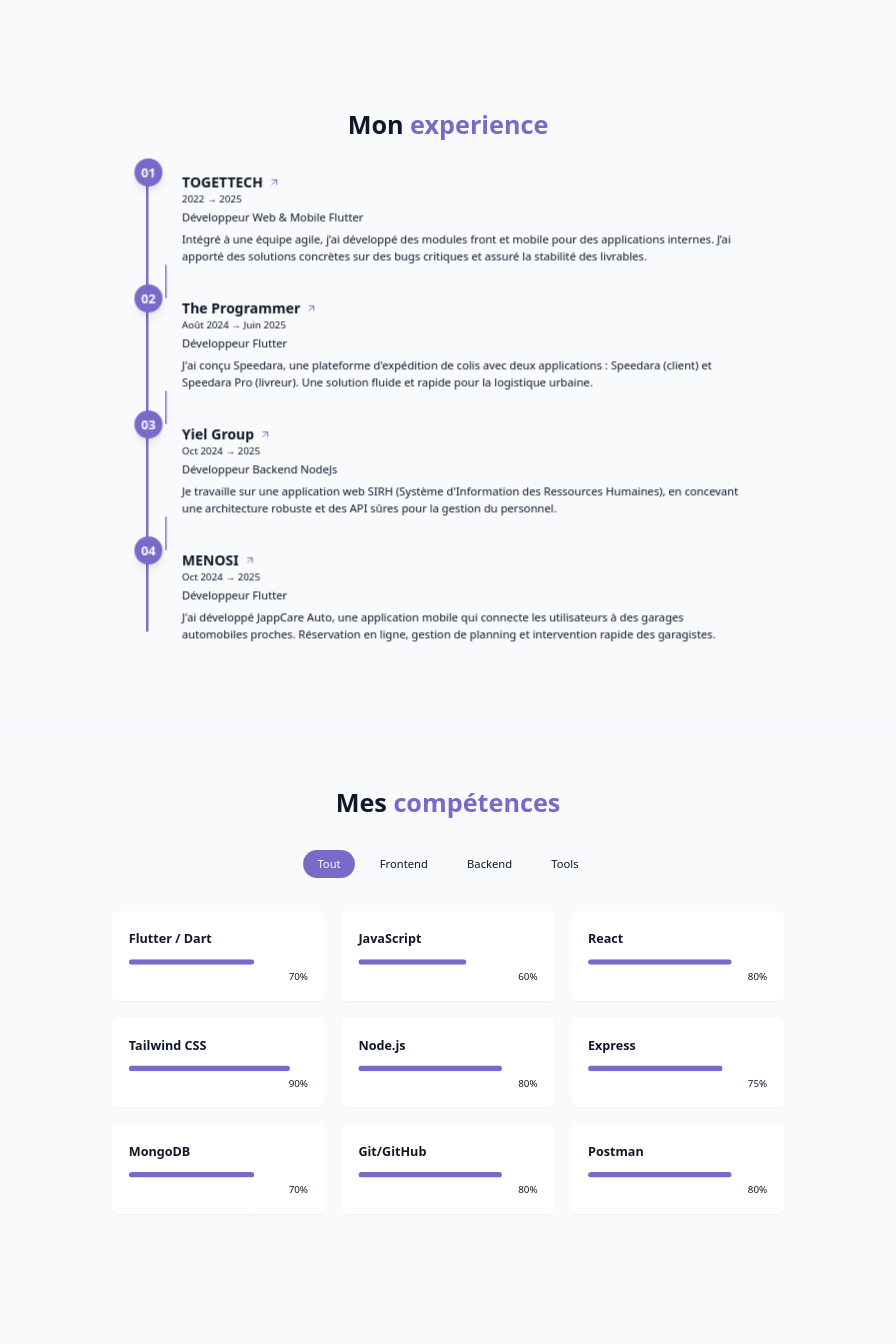
Repository: KOMI18/komi-folio
Page: /
These files come from the project's save history. The page is drawn as it stood at one moment and after the next save; the edit follows.
The browser window is 1280 px wide. The pictures show the part of the page from y = 2095 to 4015 px (the page is 5793 px tall before and 5961 px after), at 70% of full size.
The project was rebuilt for these pictures with package versions that can differ from the ones it lists, and the page was loaded fresh each time. Also part of the build but not shown: vite.config.js, src/pages/NotFound.jsx.

Above is the page before, as saved 2025-06-27 21:10:58.

After the next save:
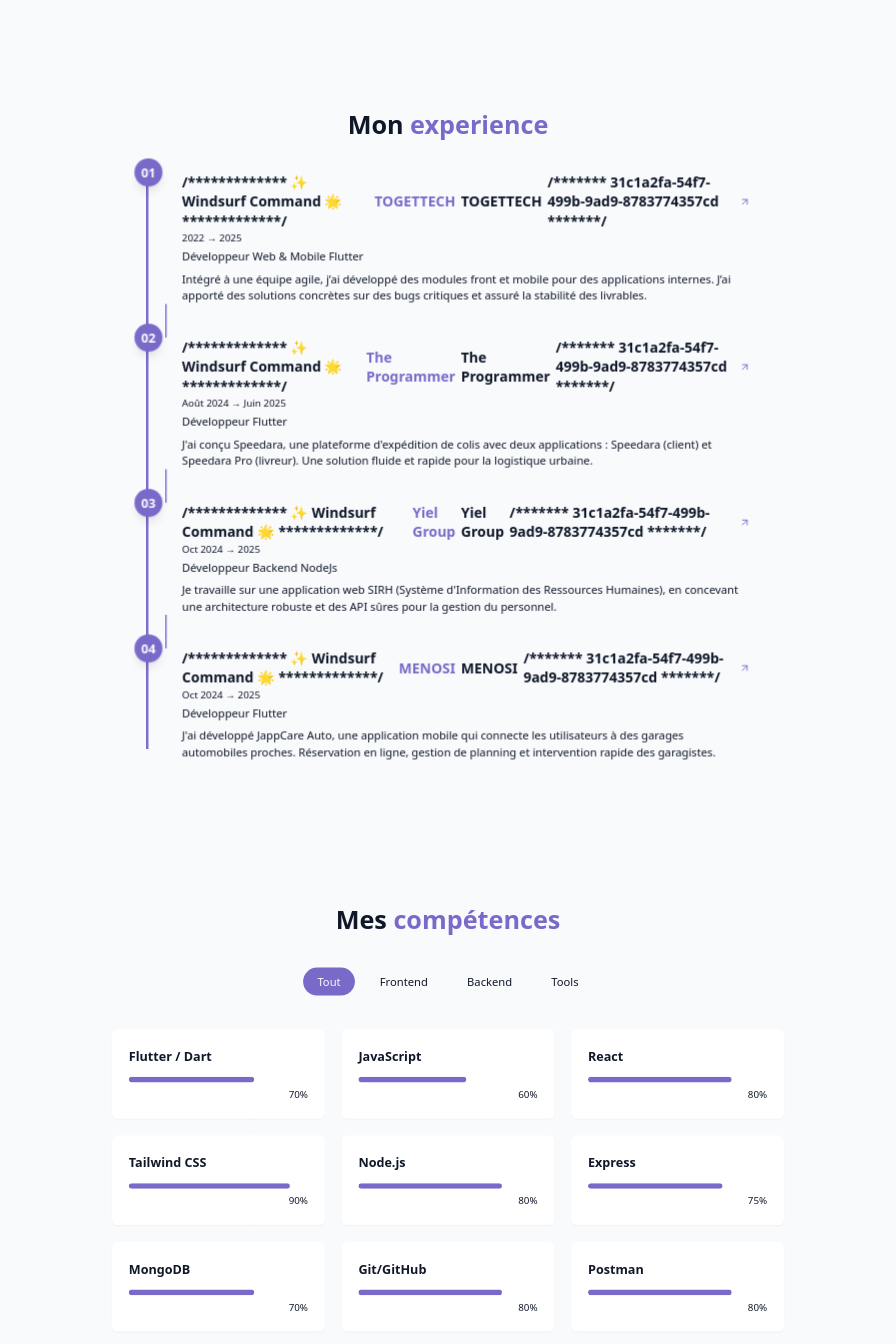
Saved 2 min 3 s later.
--- a/src/components/ExperianceSection.jsx
+++ b/src/components/ExperianceSection.jsx
@@ -80,7 +80,17 @@
               </div>
               <div className="ml-6 text-left">
                 <h3 className="text-xl font-semibold flex items-center gap-2">
+/*************  ✨ Windsurf Command 🌟  *************/
+                  <a
+                    href={exp.link}
+                    target="_blank"
+                    rel="noopener noreferrer"
+                    className="text-primary hover:underline"
+                  >
+                    <span>{exp.company}</span>
+                  </a>
                   <span>{exp.company}</span>
+/*******  31c1a2fa-54f7-499b-9ad9-8783774357cd  *******/
                   {exp.link && (
                     <a
                       href={exp.link}

After the save that followed:
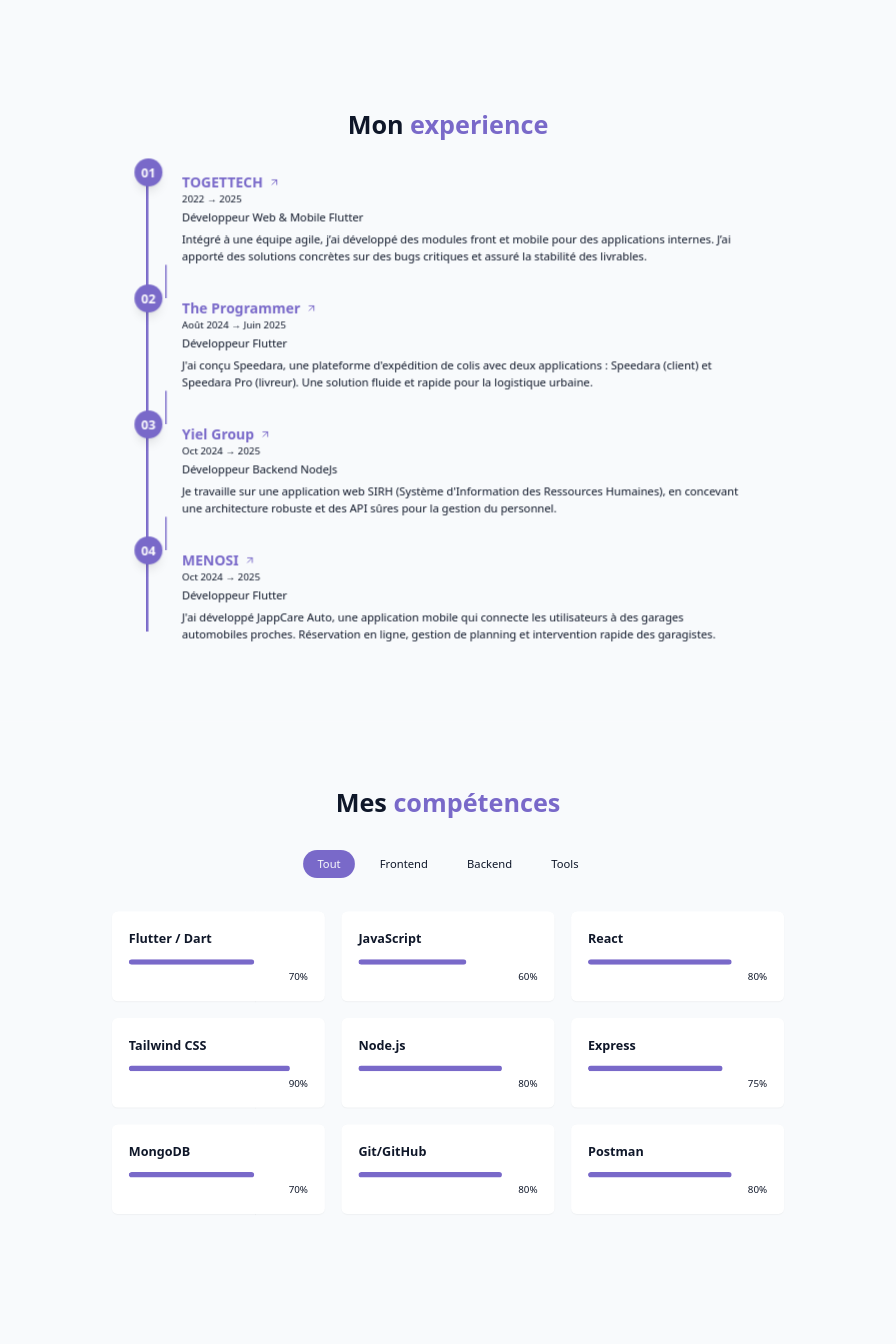
Saved 4 s later.
--- a/src/components/ExperianceSection.jsx
+++ b/src/components/ExperianceSection.jsx
@@ -80,7 +80,6 @@
               </div>
               <div className="ml-6 text-left">
                 <h3 className="text-xl font-semibold flex items-center gap-2">
-/*************  ✨ Windsurf Command 🌟  *************/
                   <a
                     href={exp.link}
                     target="_blank"
@@ -89,8 +88,6 @@
                   >
                     <span>{exp.company}</span>
                   </a>
-                  <span>{exp.company}</span>
-/*******  31c1a2fa-54f7-499b-9ad9-8783774357cd  *******/
                   {exp.link && (
                     <a
                       href={exp.link}
